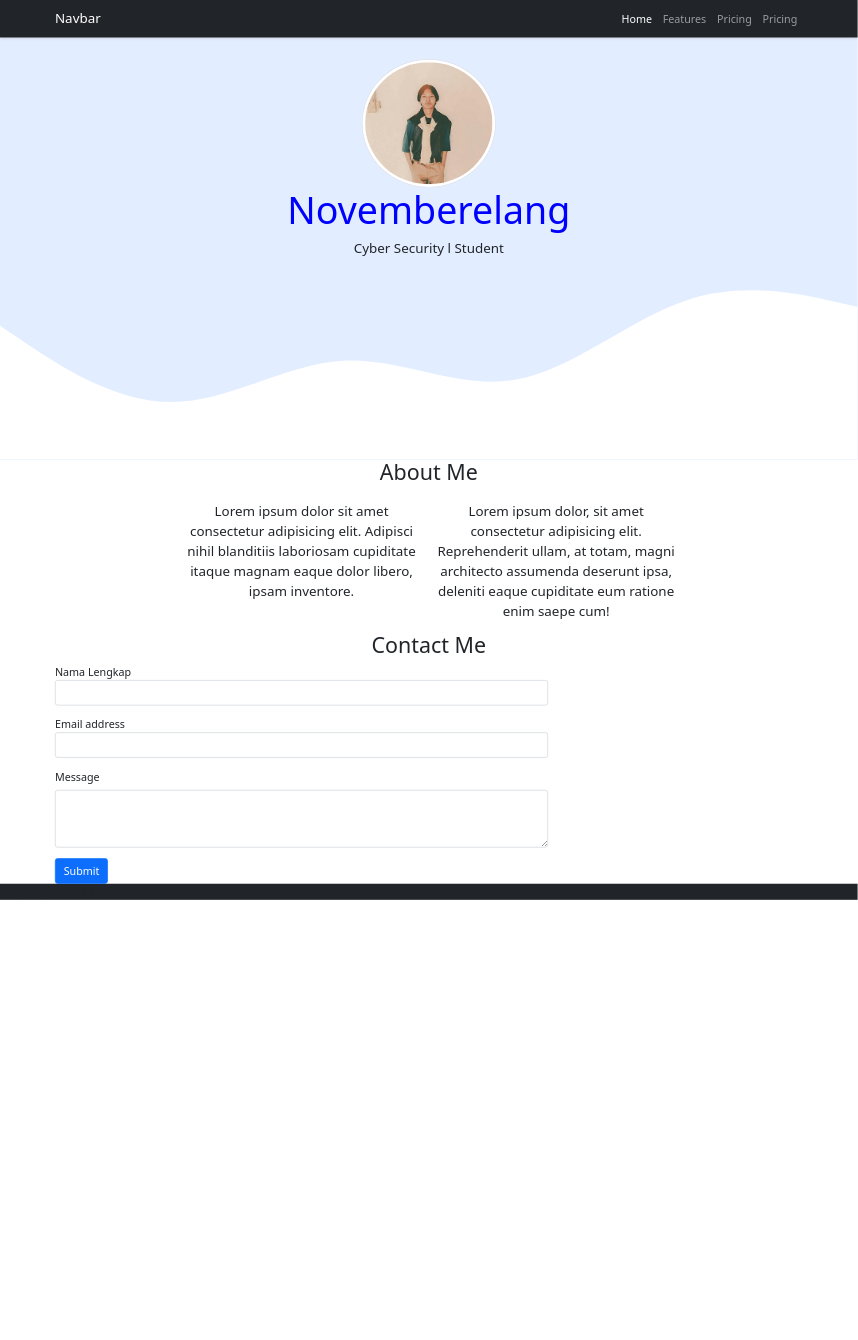
Repository: Novemberdad/gemilangtech.github.io
Page: index.html
The author's editor kept a copy of each file at every save. The page is drawn from the files as they stood at one save, then again after the next save.
The browser window is 1280 px wide. The pictures show the whole page, at 67% of full size.

Above is the page before, as saved 2021-07-21 00:32:50.

After the next save:
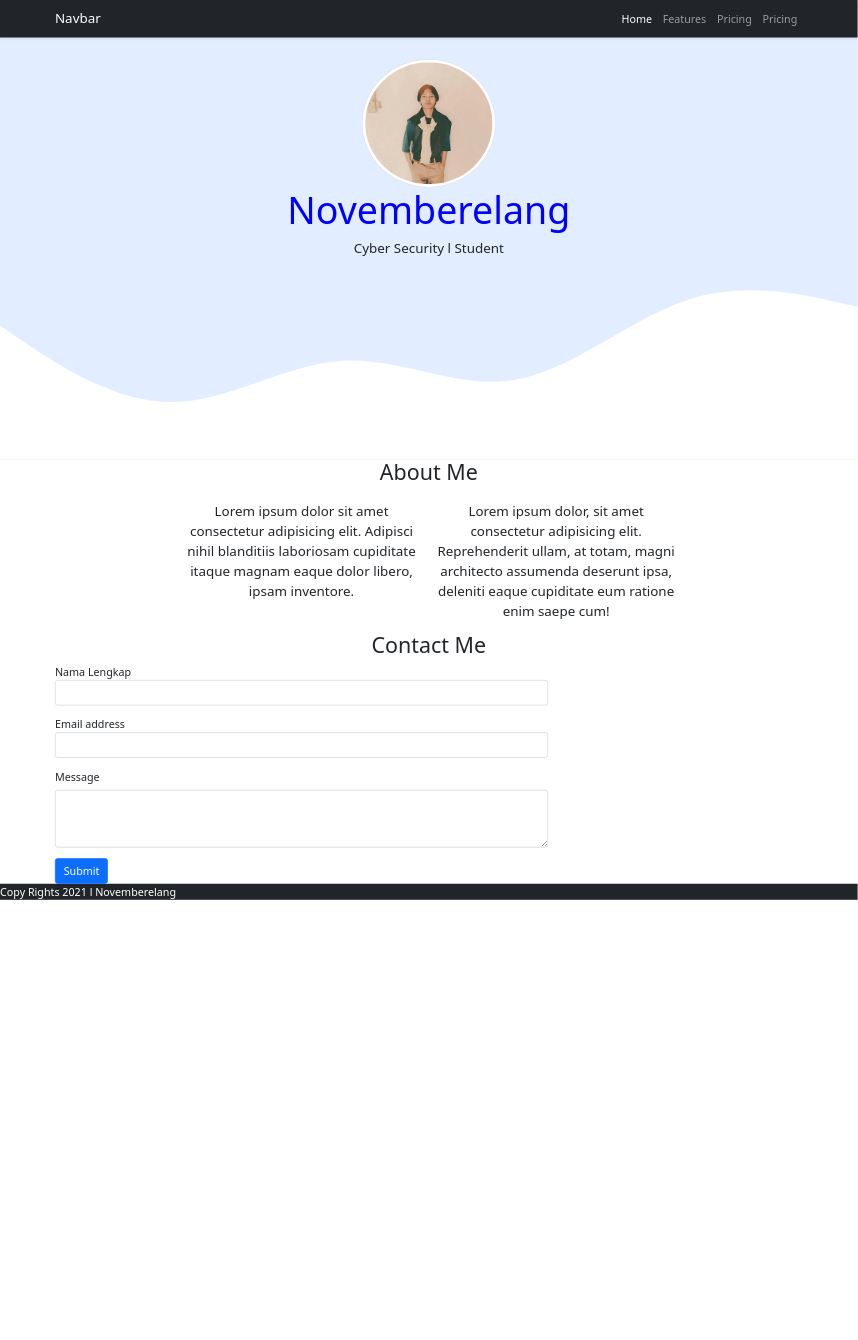
Saved 37 s later.
--- a/index.html
+++ b/index.html
@@ -117,7 +117,7 @@
     <!--akhir kontak-->
 
     <!--footer-->
-    <footer class="bg-dark">
+    <footer class="bg-dark text-white">
         <p>
             Copy Rights 2021 l Novemberelang
         </p>
